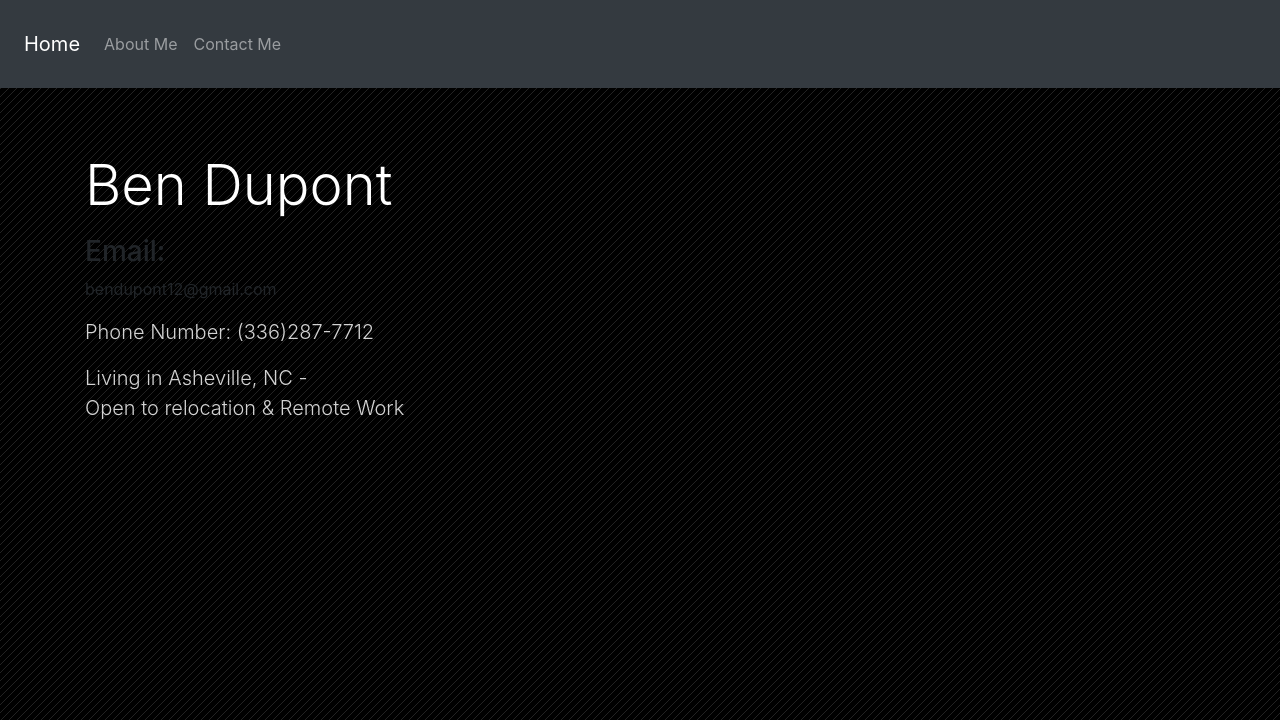
Repository: dupbd/portfolioWebPage
Page: BensSite/src/main/resources/static/contact.html
The author's editor kept a copy of each file at every save. The page is drawn from the files as they stood at one save, then again after the next save.
The browser window is 1280 px wide. The pictures show the whole page.

Above is the page before, as saved 2021-02-08 22:16:40.

After the next save:
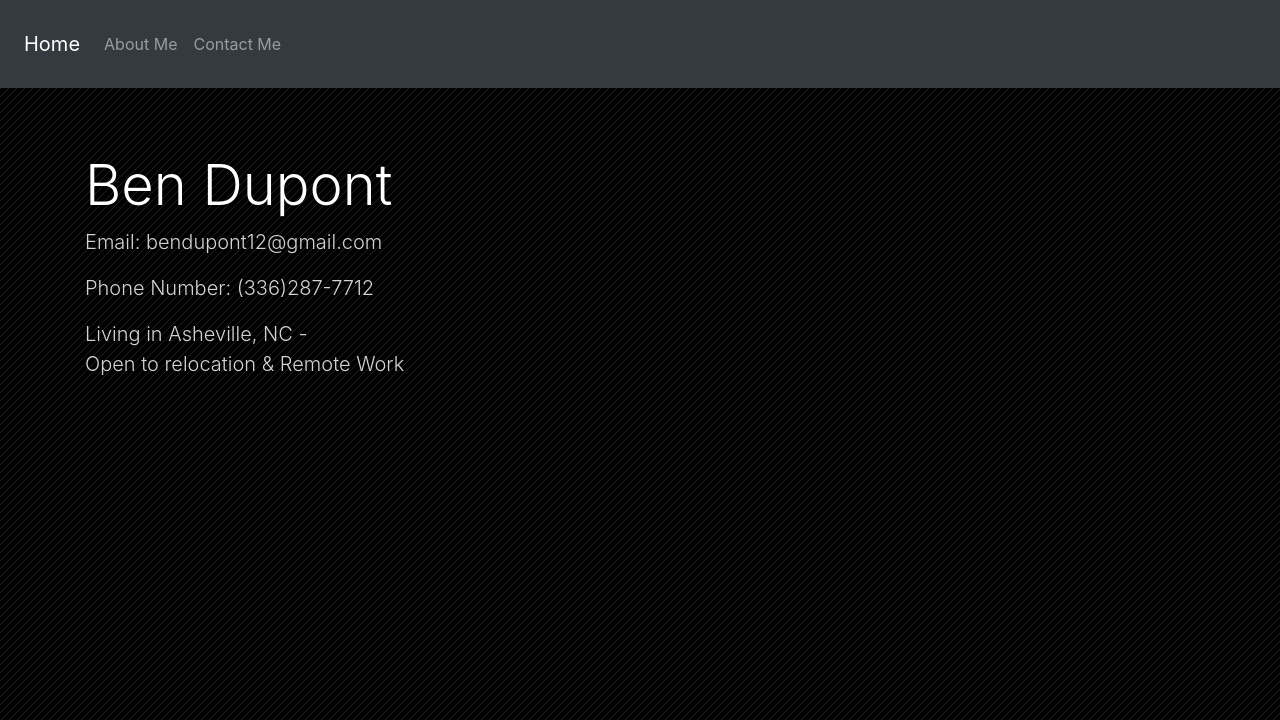
Saved 18 s later.
--- a/BensSite/src/main/resources/static/contact.html
+++ b/BensSite/src/main/resources/static/contact.html
@@ -31,7 +31,7 @@
 <div class="jumbotron jumbotron-fluid">
 <div class="container">
 <h1 class="display-4">Ben Dupont</h1>
-<p class="lead"><h3>Email:</h3> bendupont12@gmail.com</p>
+<p class="lead">Email: bendupont12@gmail.com</p>
 <p class="lead">Phone Number: (336)287-7712</p>
 <p class="lead">Living in Asheville, NC - <br>Open to relocation & Remote Work</p>
 </div>
